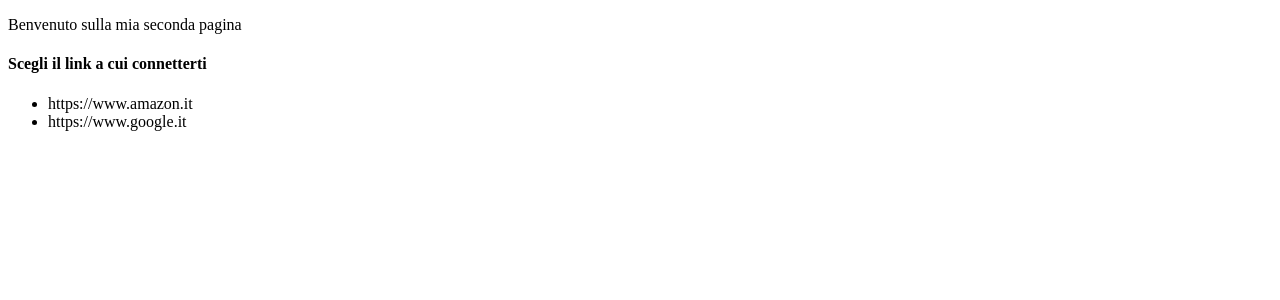
Repository: AndreaGuastaferro/Repository_Andrea_Guastaferro_Front
Page: cartella_html/NUOVO_HTML/Secondo_File.html
The author's editor kept a copy of each file at every save. The page is drawn from the files as they stood at one save, then again after the next save.
The browser window is 1280 px wide. The pictures show the whole page.

Above is the page before, as saved 2018-10-22 08:37:55.

After the next save:
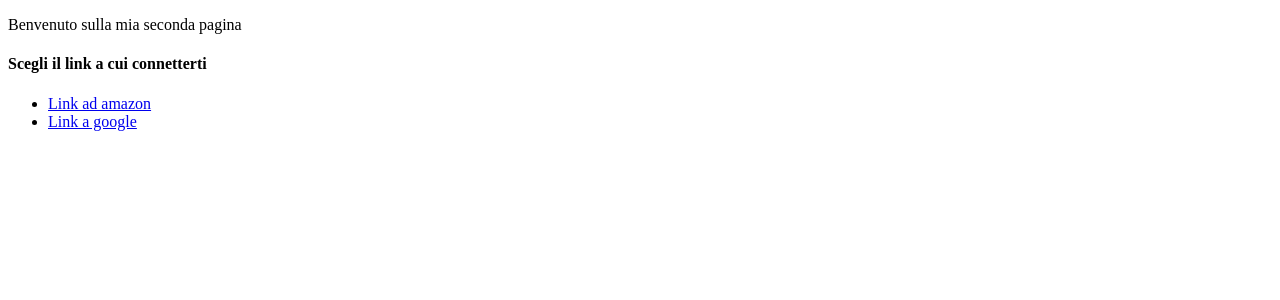
Saved 89 s later.
--- a/cartella_html/NUOVO_HTML/Secondo_File.html
+++ b/cartella_html/NUOVO_HTML/Secondo_File.html
@@ -9,8 +9,8 @@
 	<h4>Scegli il link a cui connetterti</h4>
 		<ul>
 
-			<li><a> https://www.amazon.it </a> </li>
-			<li><a> https://www.google.it </a> </li>
+			<li><a href= "https://www.amazon.it"> Link ad amazon </a> </li>
+			<li><a href="https://www.google.it"> Link a google </a> </li>
 
 		</ul>
 
